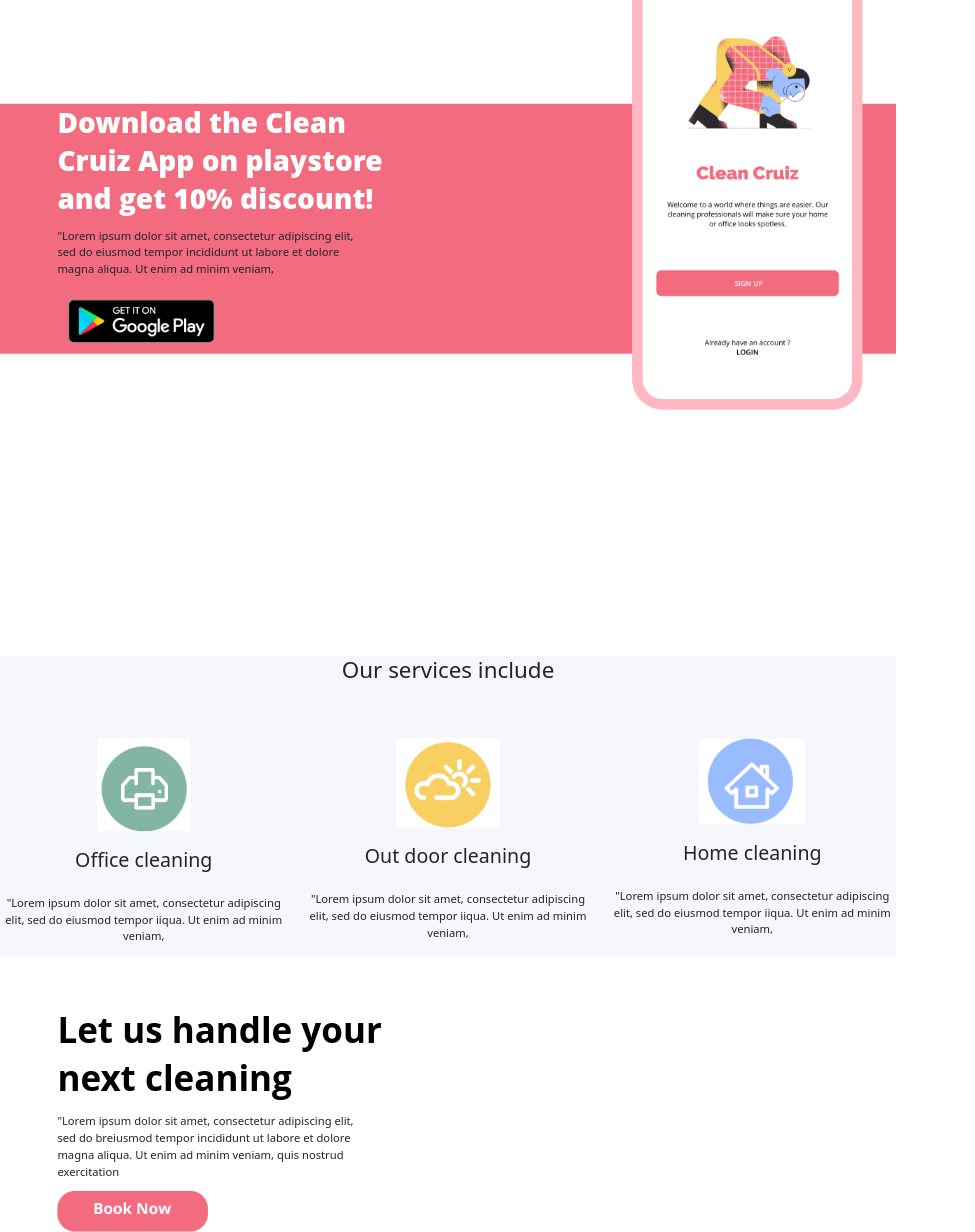
Repository: uy022/QuocUybaitapgiuaki
Page: index.html
These files come from the project's save history. The page is drawn as it stood at one moment and after the next save; the edit follows.
The browser window is 1280 px wide. The page is 1393 px wide, so the pictures cover 1393 px, including what lies to the right of the window. The pictures show the part of the page from y = 865 to 2625 px (the page is 2625 px tall), at 70% of full size.

Above is the page before, as saved 2022-08-31 02:09:53.

After the next save:
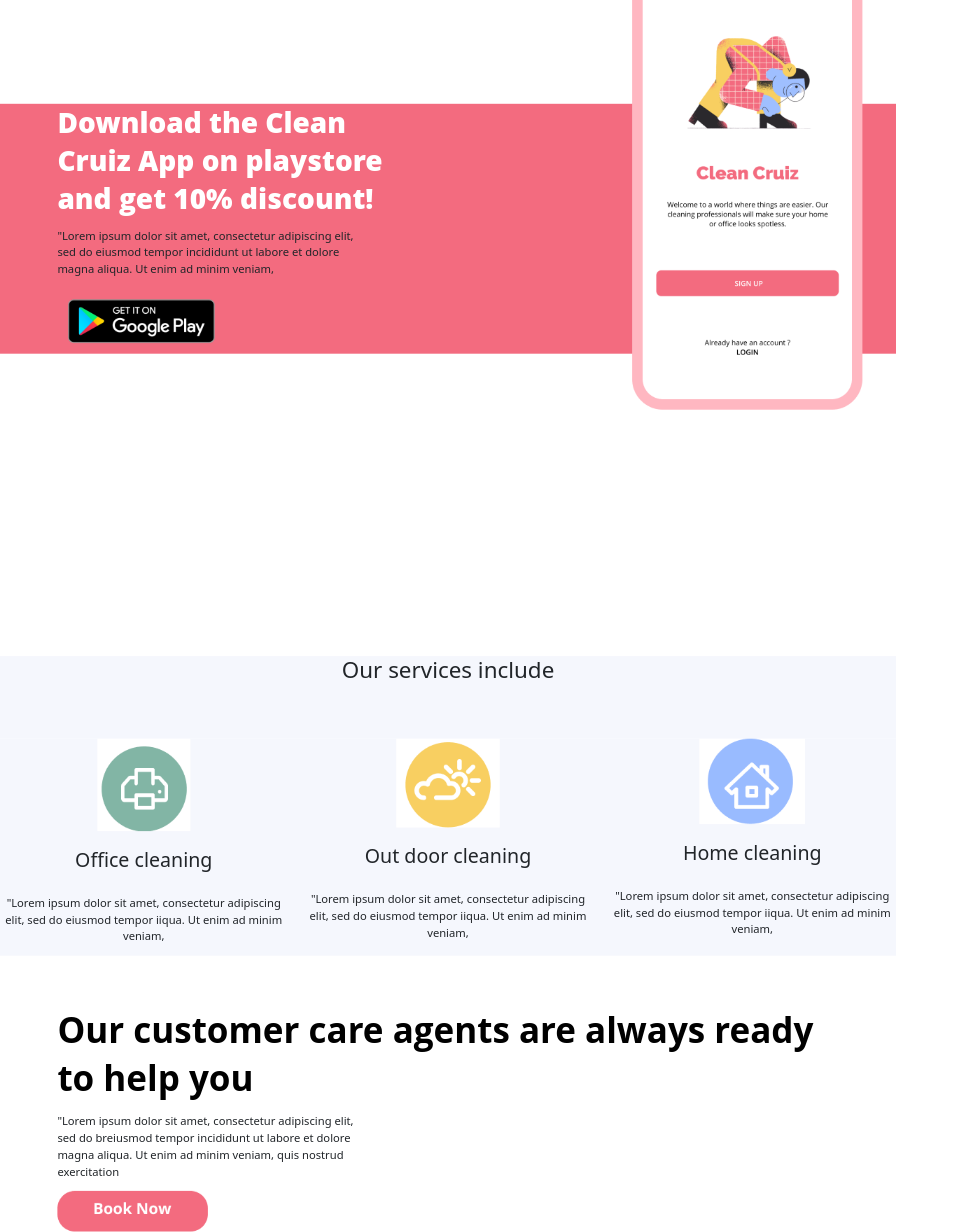
Saved 21 s later.
--- a/index.html
+++ b/index.html
@@ -133,7 +133,7 @@
        <div class="content">
         <div class=" container">
             <div class="title mt-5"> <br>
-              <p>Let us handle your <br> next cleaning</p>
+              <p>Our customer care agents are always ready to help you</p>
             </div>
             <div class="row">
                 <div class="col-5">
